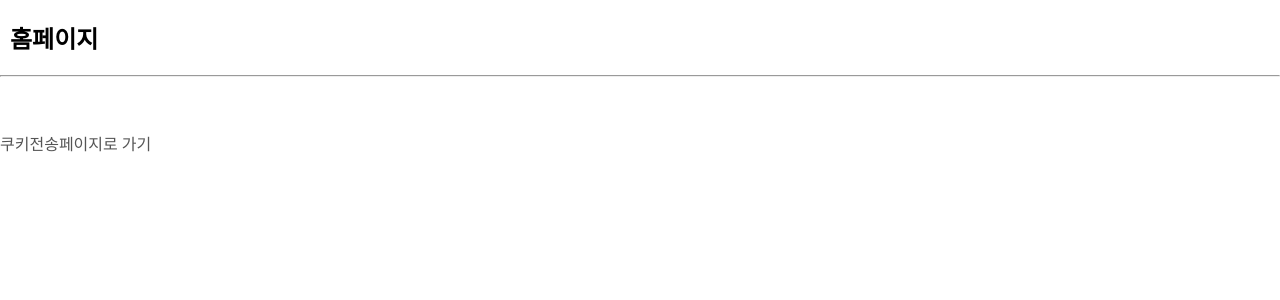
Repository: hyunh84/jsp_study
Page: http://localhost/Day07/j05_home.jsp
The author's editor kept a copy of each file at every save. The page is drawn from the files as they stood at one save, then again after the next save.
The browser window is 1280 px wide. The pictures show the whole page.
The page is served by Tomcat 9. Other server files are loaded and not shown.

Above is the page before, as saved 2015-10-10 03:12:12.

### MyWorks/Day07/WebContent/j05_home.jsp
<%@ page language="java" contentType="text/html; charset=utf-8"
    pageEncoding="utf-8"%>
<!DOCTYPE html>
<html>
<head>
<meta charset="utf-8">
<title>Insert title here</title>
<style type="text/css">
	* {margin:0; padding:0;}
	a {color:#555; text-decoration:none;}
	a:hover {color:blue; text-decoration:underline;}
	h2 {padding:20px 10px;}
	table {border-collapse:collapse; }
	table th {padding:5px; border:1px solid #777;}
	table td {padding:5px; border:1px solid #777;}
</style>
</head>
<body>
	<h2>홈페이지</h2>
	<hr />

	<%

		 Cookie[] cks = request.getCookies();

		String res = "";

		if(cks != null) {

			for(Cookie each: cks) {

				res += each.getName() + ", " + each.getValue() + "<br />";

			}

		}

	%>

	<%=res %>
	<br /><br /><br />

	<a href="/Day07/j04_up01.jsp">쿠키전송페이지로 가기</a>













</body>
</html>

After the next save:
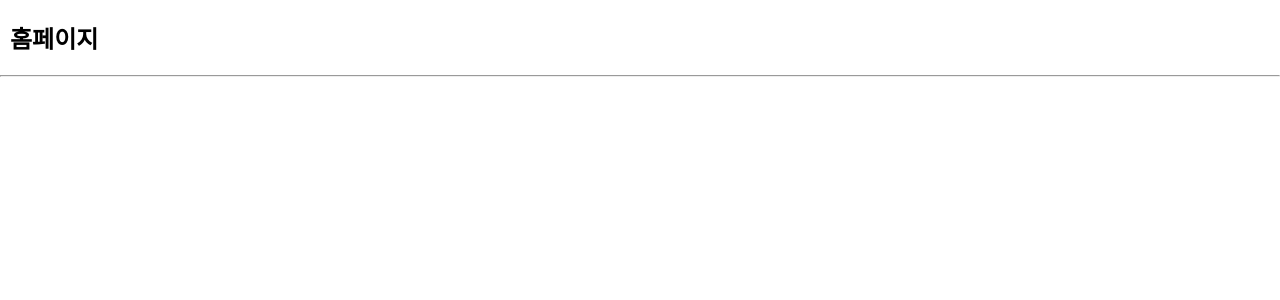
Saved 108 s later.
--- a/MyWorks/Day07/WebContent/j05_home.jsp
+++ b/MyWorks/Day07/WebContent/j05_home.jsp
@@ -18,32 +18,10 @@
 <body>
 	<h2>홈페이지</h2>
 	<hr />
-
-	<%
-
-		 Cookie[] cks = request.getCookies();
-
-		String res = "";
-
-		if(cks != null) {
-
-			for(Cookie each: cks) {
-
-				res += each.getName() + ", " + each.getValue() + "<br />";
-
-			}
-
-		}
-
-	%>
-
-	<%=res %>
-	<br /><br /><br />
-
-	<a href="/Day07/j04_up01.jsp">쿠키전송페이지로 가기</a>
-
-
-
+	<script type="text/javascript">
+		var url ="";
+		window.open(url, "popup", "width=300", "height=300");
+	</script>
 
 
 
